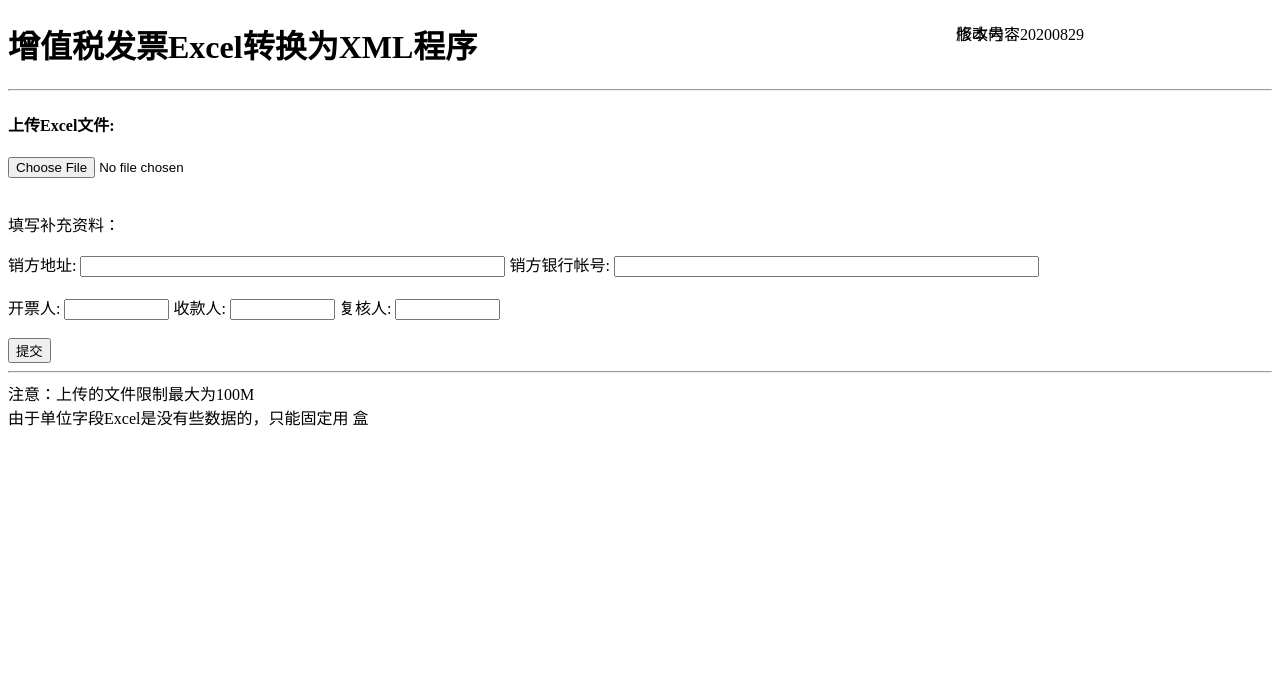
Repository: SFGuile/learnSpringapp
Page: http://localhost/demo/home.jsp
These files come from the project's save history. The page is drawn as it stood at one moment and after the next save; the edit follows.
The browser window is 1280 px wide. The pictures show the whole page.
The page is served by Tomcat 9. Other server files are loaded and not shown.

Above is the page before, as saved 2020-08-29 01:29:55.

### demo/src/main/webapp/home.jsp
<%@ page language="java" contentType="text/html; charset=UTF-8"
    pageEncoding="UTF-8"%>
<!DOCTYPE html>
<html>
<head>

<meta charset="UTF-8">
<title>增值税发票Excel转换为XML程序（测试版）</title>
</head>
<body>

 <div style="position: relative;width:100%;">
    <div style="position:absolute;right:0px;width:25%;height:100px;">
                    版本号：20200829</br>
    </div>

    <div style="position:absolute;right:0px;width:25%;height:100px;">
                  修改内容
    </div>
</div>

 <h1>增值税发票Excel转换为XML程序</h1>
  <hr/>
  <h4>上传Excel文件:</h4>
  <form method="POST" action="uploadfile"  enctype="multipart/form-data">
    <input type="file" name="file"  accept=".xls"/> <br/><br/>
    <p>填写补充资料：</p>
     <label for="fname">销方地址:</label>
     <input type="text" id="address" name="address" size="50">
     <label for="lname">销方银行帐号:</label>
     <input type="text" id="bankaccount" name="bankaccount" size="50"><br/><br/>
     <label for="lname">开票人:</label>
     <input type="text" id="kpr" name="kpr" size="10">
      <label for="lname">收款人:</label>
     <input type="text" id="skr" name="skr" size="10">
      <label for="lname">复核人:</label>
     <input type="text" id="fhr" name="fhr" size="10"><br/><br/>
    <button type="submit">提交</button>
  </form>
  <hr/>
  <div>
    ${message}
  </div>

   <div>

  </div>





</body>
</html>
注意：上传的文件限制最大为100M</br>
由于单位字段Excel是没有些数据的，只能固定用 盒

After the next save:
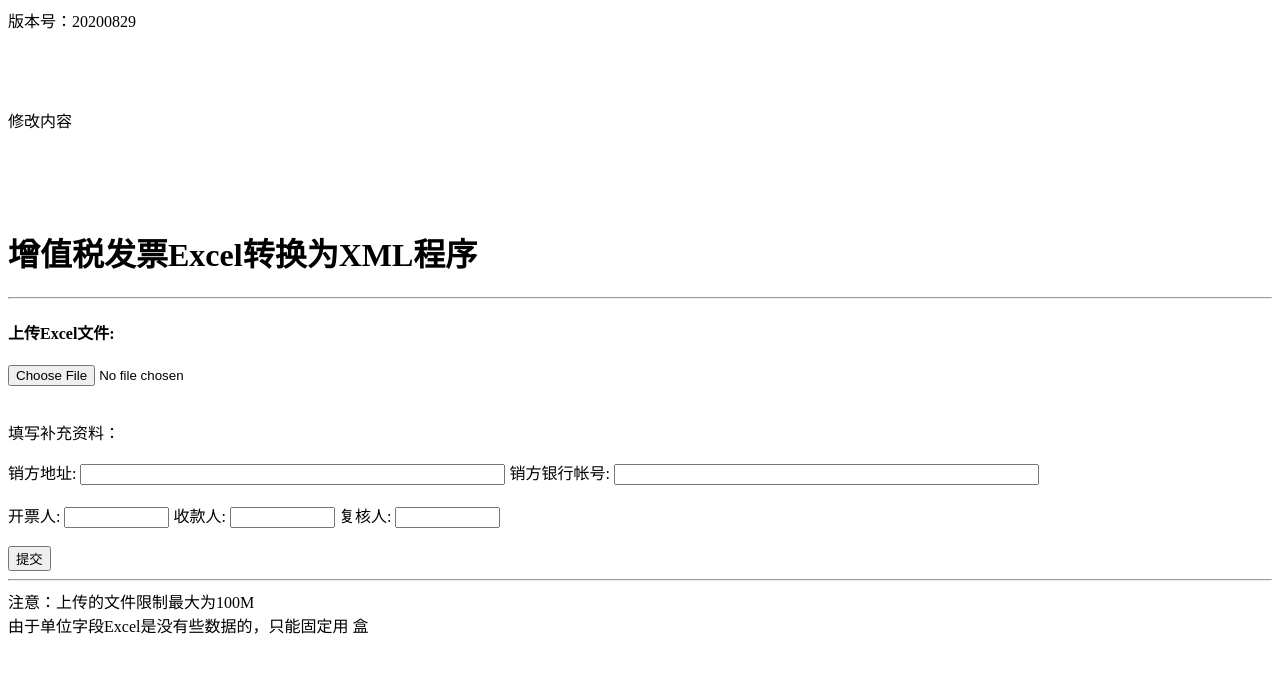
Saved 71 s later.
--- a/demo/src/main/webapp/home.jsp
+++ b/demo/src/main/webapp/home.jsp
@@ -10,11 +10,11 @@
 <body>
 
  <div style="position: relative;width:100%;">
-    <div style="position:absolute;right:0px;width:25%;height:100px;">
+    <div style="right:0px;width:25%;height:100px;">
                     版本号：20200829</br>
     </div>
 
-    <div style="position:absolute;right:0px;width:25%;height:100px;">
+    <div style="right:0px;width:25%;height:100px;">
                   修改内容
     </div>
 </div>

After the save that followed:
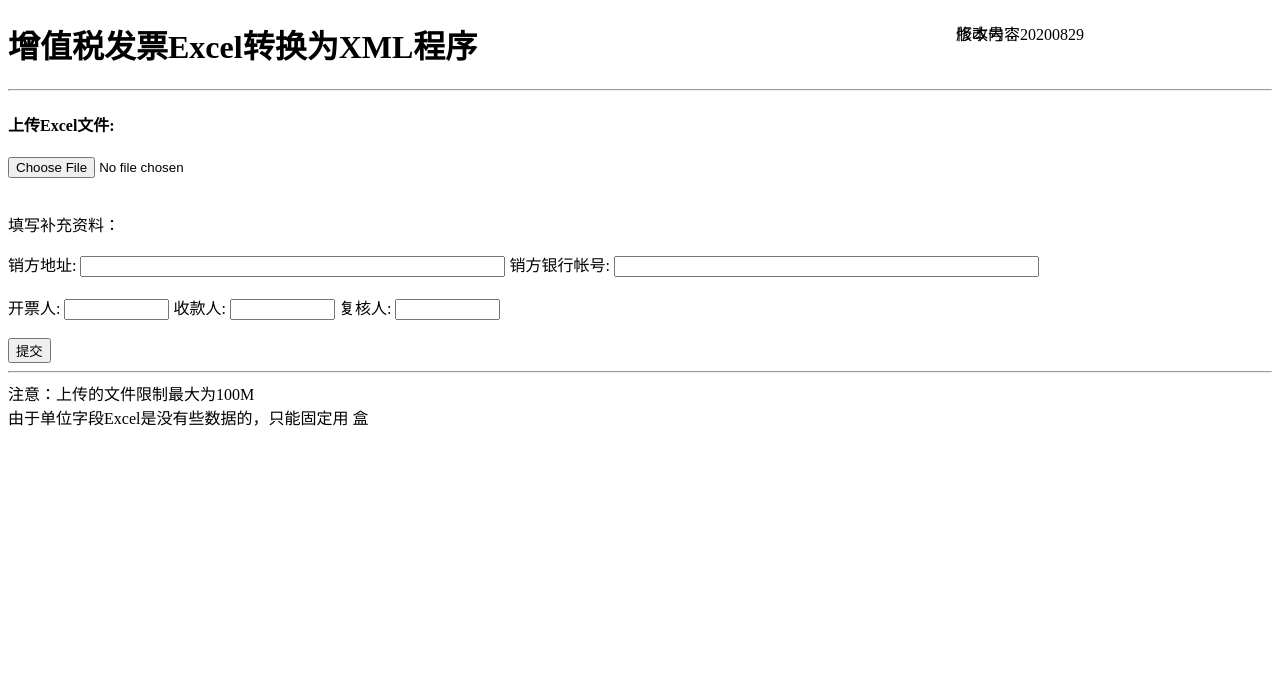
Saved 37 s later.
--- a/demo/src/main/webapp/home.jsp
+++ b/demo/src/main/webapp/home.jsp
@@ -10,11 +10,11 @@
 <body>
 
  <div style="position: relative;width:100%;">
-    <div style="right:0px;width:25%;height:100px;">
+    <div style="position:absolute;right:0px;width:25%;height:10px;">
                     版本号：20200829</br>
     </div>
 
-    <div style="right:0px;width:25%;height:100px;">
+    <div style="position:absolute;right:0px;width:25%;height:20px;">
                   修改内容
     </div>
 </div>
